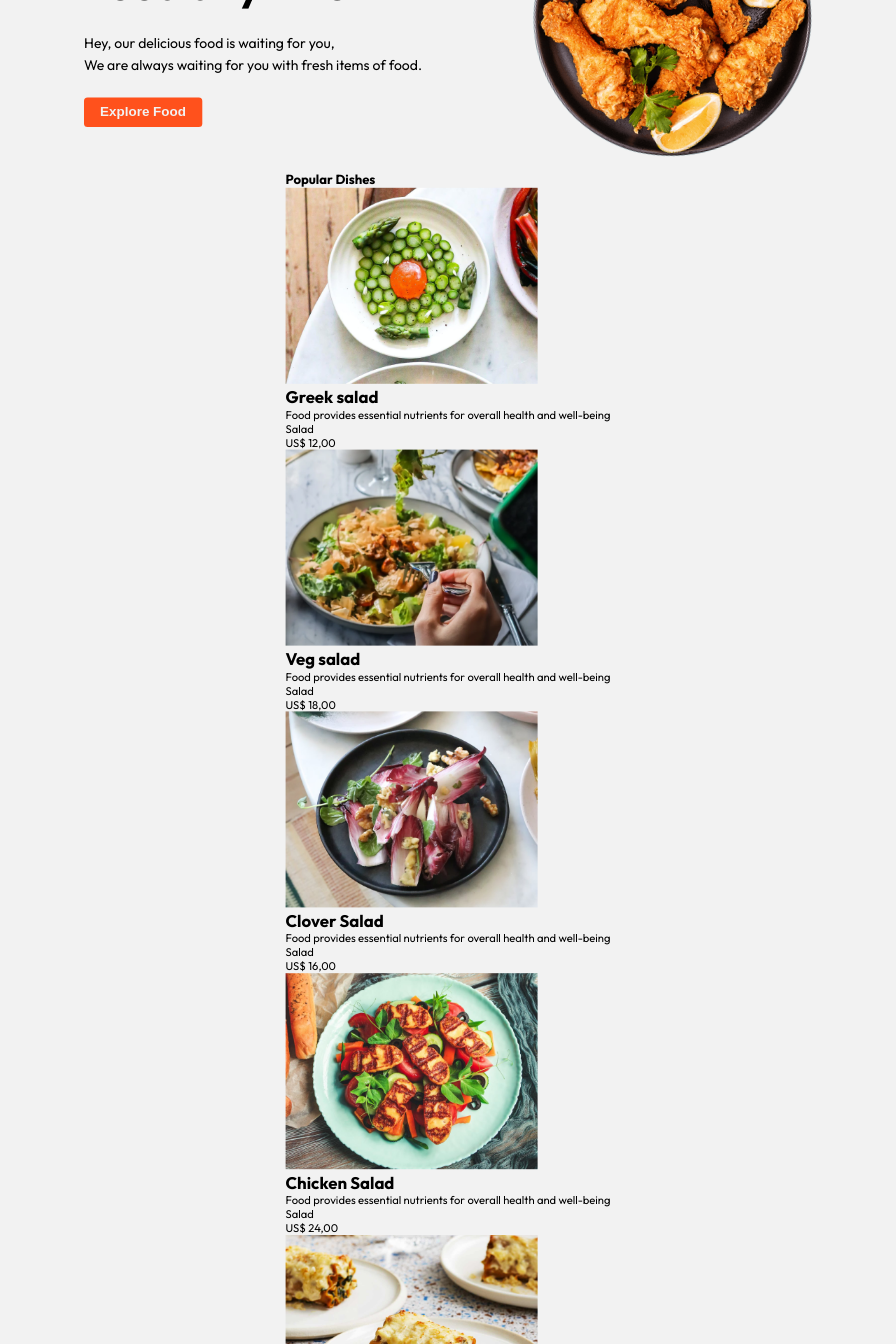
Repository: guilhermecardoso93/foodio
Page: /
An editor plug-in stored every save of this project. The page is shown before and after the next save, followed by the edit.
The browser window is 1280 px wide. The pictures show the part of the page from y = 395 to 2315 px (the page is 12682 px tall), at 70% of full size.
The project was rebuilt for these pictures with package versions that can differ from the ones it lists, and the page was loaded fresh each time. Also part of the build but not shown: vite.config.js, src/components/CardItem/styles.css, src/index.css.

Above is the page before, as saved 2024-11-05 20:05:37.

After the next save:
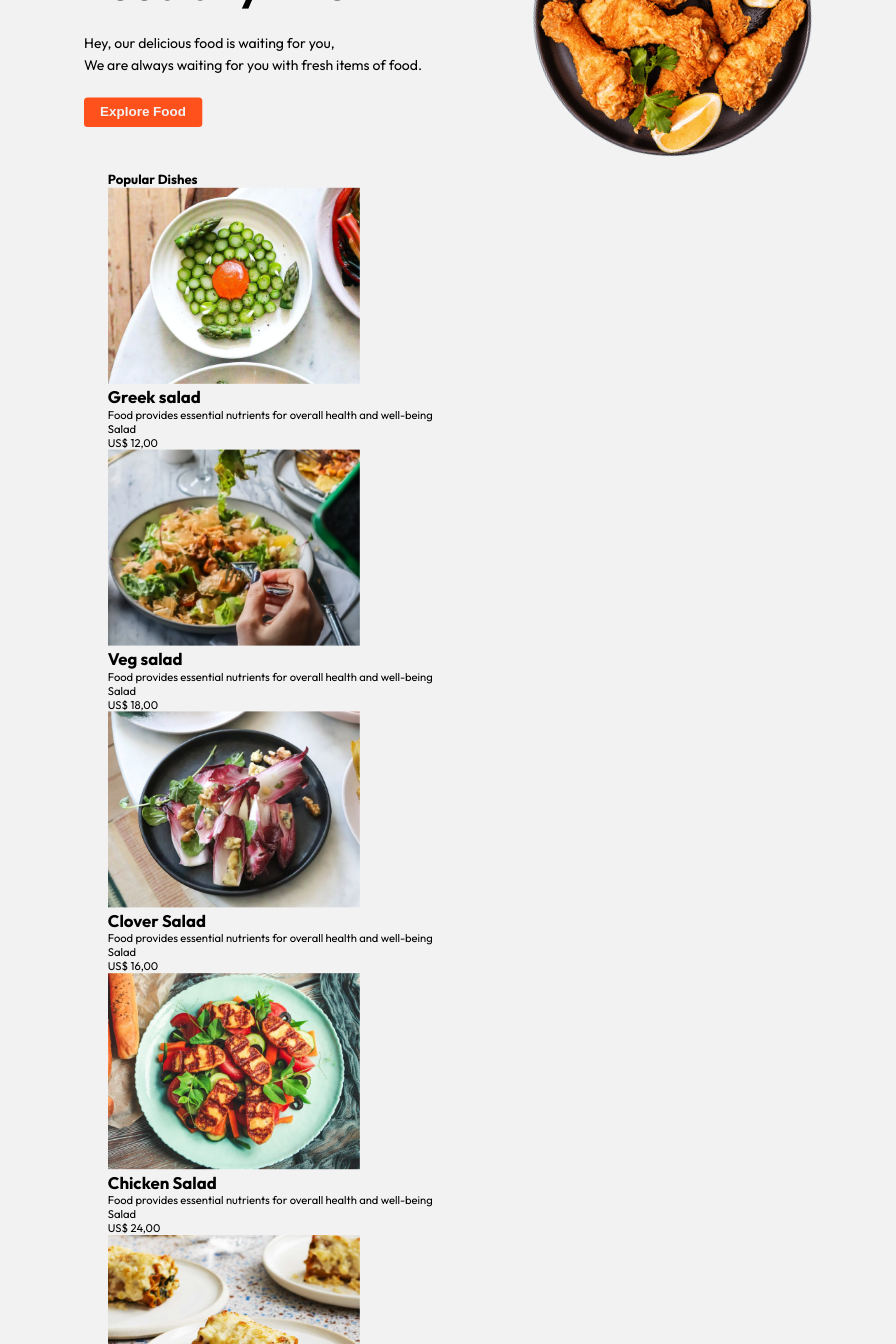
Saved 35 s later.
--- a/src/components/Main/styles.css
+++ b/src/components/Main/styles.css
@@ -113,3 +113,8 @@
   margin-bottom: 50px;
   justify-content: center;
 }
+
+.category .list-items {
+  width: 90%;
+  position: relative;
+}
